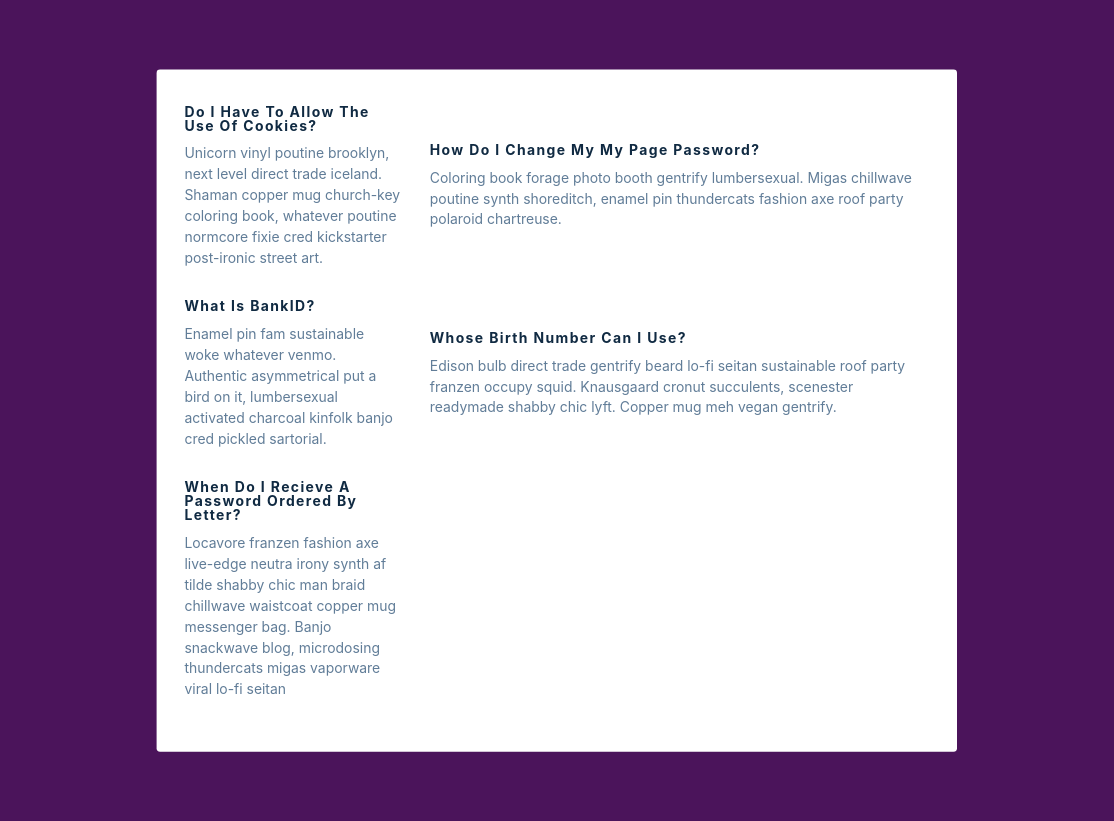
Repository: Reghanoid/Accordion
Page: /
An editor plug-in stored every save of this project. The page is shown before and after the next save, followed by the edit.
The browser window is 1280 px wide. The pictures show the whole page, at 87% of full size.
The project was rebuilt for these pictures with package versions that can differ from the ones it lists, and the page was loaded fresh each time.

Above is the page before, as saved 2022-06-06 15:32:57.

After the next save:
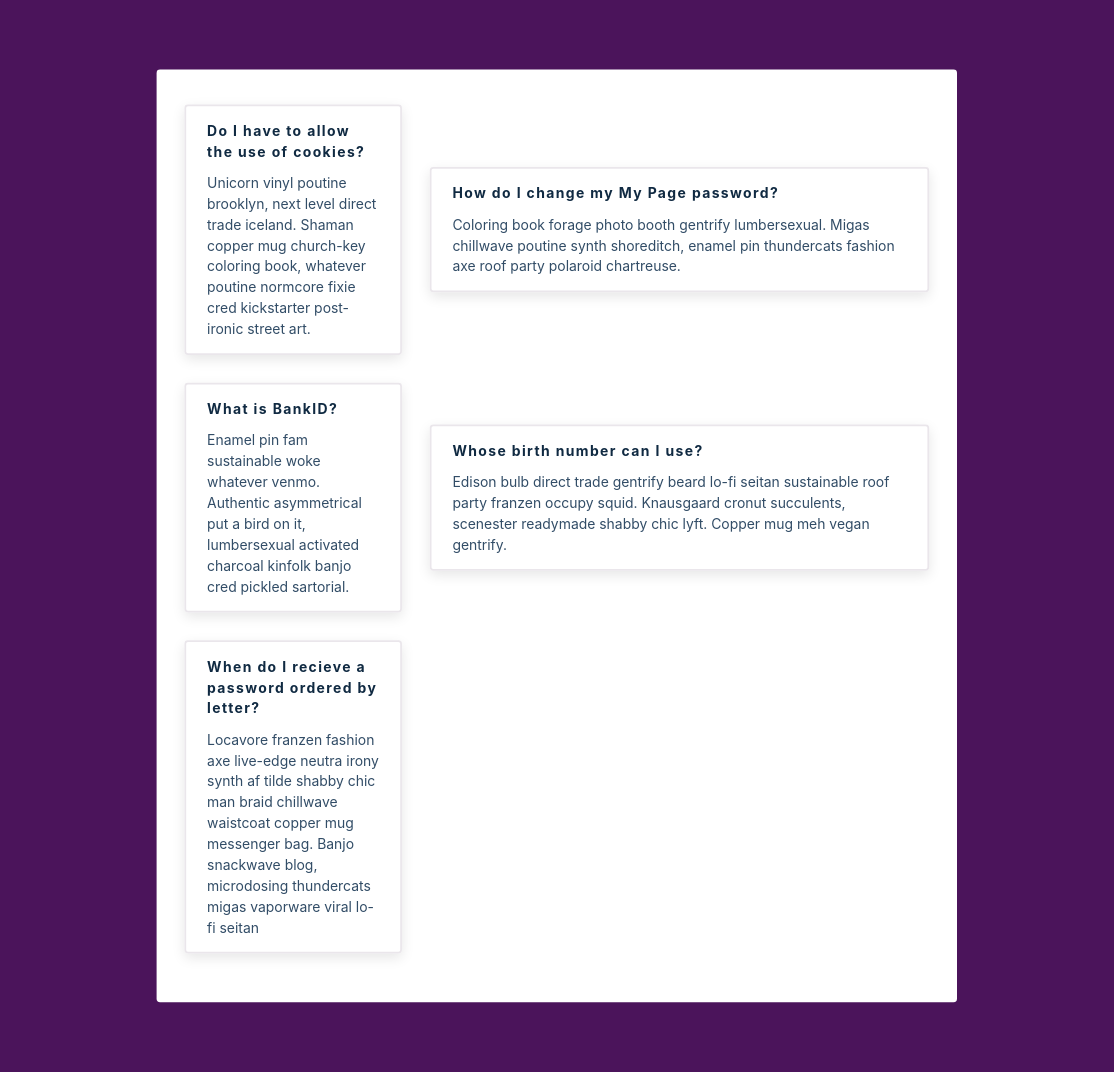
Saved 96 s later.
--- a/src/Question.js
+++ b/src/Question.js
@@ -5,7 +5,7 @@ const Question = (props) => {
 
   return (
     <>
-      <section>
+      <section className='question'>
         <h4> {props.title} </h4>
         <p> {props.info} </p>
       </section>
